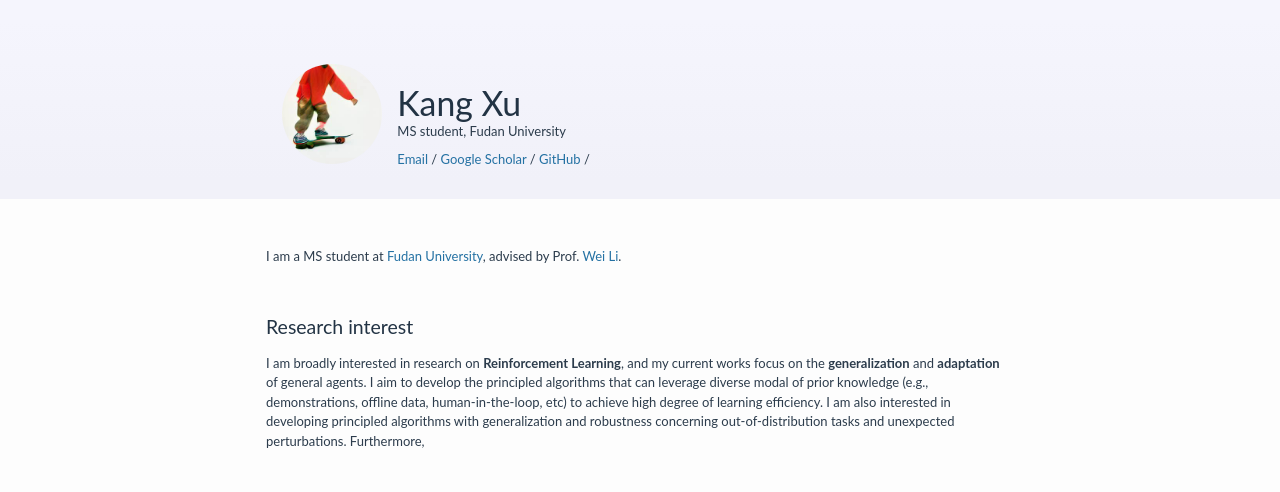
Repository: Kavka1/kang-xu.github.io
Page: index.html
These files come from the project's save history. The page is drawn as it stood at one moment and after the next save; the edit follows.
The browser window is 1280 px wide. The pictures show the whole page.

Above is the page before, as saved 2023-05-19 11:48:06.

### index.html
<!DOCTYPE html>
<head>
    <title>Kang Xu</title>
    <meta property="og:title" content="Kang Xu">
	<meta property="og:description" content="MS student, Fudan University">
    <meta property="og:image" content="https://kang-xu.github.io/files/lichter.jpeg">
	<meta property="og:url" content="https://kang-xu.github.io/">
	<meta name="twitter:card" content="summary_large_image">
    <link rel="apple-touch-icon" sizes="180x180" href="files/apple-touch-icon.png">
    <link rel="icon" type="image/png" sizes="32x32" href="files/favicon-32x32.png">
    <link rel="icon" type="image/png" sizes="16x16" href="files/favicon-16x16.png">
    <link rel="manifest" href="files/site.webmanifest">
    <link rel="stylesheet" href="style.css">
    <style>
        .post-title {font-size: 2em; margin-bottom: 16px;}
        .center-img {display: block; margin: auto;}
        .img-border {border: 1px solid #999;}
        div.codeblock {display: block; margin: auto; margin-top: 6px; margin-bottom: 6px; width: 100%; background-color: #f1f1f1; padding: 12px;}
        code {font-family: Consolas,"courier new"; color: rgb(41, 45, 62); background-color: #f1f1f1; padding: 2px; font-size: 105%;}
        code .comment {color: #719141;}
        code .gray {color: rgb(146, 147, 150);}
        .bullets li {margin-bottom: 12px;}
    </style>
</head>

<div class="header noselect">
    <div class="content row">
        <div class="header-profile-picture"></div>
        <div class="header-text">
            <div class="header-name">
                <h1>Kang Xu</h1>
            </div>
            <div class="header-subtitle">
                MS student, Fudan University
            </div>
            <div class="header-links">
                <a class="btn" href="#contact">Email</a> /
                <a class="btn" href="https://scholar.google.com/citations?user=7FTLsHUAAAAJ&hl=zh-CN">Google Scholar</a> /
                <a class="btn" href="https://github.com/Kavka1">GitHub</a> /
                <!-- <a class="btn" href="https://twitter.com/ncklashansen">Twitter</a> / -->
                <!-- <a class="btn" href="https://www.linkedin.com/in/ncklas">LinkedIn</a> / -->
                <!-- <a class="btn" href="files/cv.pdf">CV</a> -->
            </div>
        </div>
    </div>
</div>
<div class="content" style="padding-bottom: 64px;">
    <div>
        <p>
            I am a MS student at <a href="https://www.fudan.edu.cn/en/">Fudan University</a>, advised by Prof. <a href="https://scholar.google.co.uk/citations?user=AG3OXS0AAAAJ&hl=en">Wei Li</a>.
        </p>
    </div>
    <div>
        <h2 class="noselect">Research interest</h2>
        <p>
            I am broadly interested in research on <span class="bold">Reinforcement Learning</span>, and my current works focus on the <span class="bold">generalization</span> and <span class="bold">adaptation</span> of general agents. I aim to develop the principled algorithms that can leverage diverse modal of prior knowledge (e.g., demonstrations, offline data, human-in-the-loop, etc) to achieve high degree of learning efficiency. I am also interested in developing principled algorithms with generalization and robustness concerning out-of-distribution tasks and unexpected perturbations. Furthermore,
        </p>
    </div>
</div>

### style.css
html {-webkit-text-size-adjust: 100%; -moz-text-size-adjust: 100%; -ms-text-size-adjust: 100%;}
body {background-color: #fdfdfd; color: #2c3c4c; margin: 0; font-size: 13px;}
h1 {margin-bottom: 32px; font-size: 2.6em;}
h2 {margin-top: 48px;}
h1, h2 {color: #234;}
h3, h4, h5 {color: #345;}
h1, h2, h3, h4, h5, a, p, span, body, div {font-weight: normal; font-family: 'Lato', Verdana, Helvetica, sans-serif;}
.header {background: linear-gradient(to bottom, #f5f5fd 10%, #f1f1f9 90%); width: 100%; padding-top: 16px; padding-bottom: 32px;}
.header-profile-picture, .header-text {display: inline-block;}
.header-name h1 {margin: 0;}
.header-subtitle {margin-bottom: 12px;}
.header-profile-picture {width: 100px; height: 100px; margin-right: 12px; border-radius: 50%; background-image: url(files/lichter.jpeg); background-position: center; background-size: contain;}
.content {max-width: 748px; padding-left: 16px; padding-right: 16px; margin: auto; margin-top: 48px;}
.hr {width: 100%; height: 1px; margin: 48px 0; background-color: #d6dbdf;}
a {color: #2471a3; text-decoration: none;}
a:focus, a:hover {color: #f09228;}
p {line-height: 1.5em;}
.nobreak {white-space: nowrap;}
.noselect {-webkit-touch-callout: none; -webkit-user-select: none; -khtml-user-select: none; -moz-user-select: none; -ms-user-select: none; user-select: none;}
.bold {font-weight: bold;}
.italic {font-style: italic;}
.bulletpoints {line-height: 1.5em;}
.row {box-sizing: border-box;}
.row-media {display: block; float: left; width: 160px; height: 90px; background-position: center; background-size: contain; background-repeat: no-repeat;}
.row-text {display: block; float: left; margin-left: 12px; line-height: 1.5em; max-width: 566px;}
.row-text span {line-height: inherit;}
.clearfix {content: ""; clear: both; display: table;}
.publication {margin-bottom: 32px; padding-left: 8px;}
.publication.highlight {background-color: #fff8df; width: 100%; padding-top: 8px; padding-bottom: 8px; border-radius: 4px;}
.press {width: 100px; height: 80px; border: 1px solid #def; margin-right: 12px; background-size: cover;}
.img-contain {background-size: contain !important;}
.footer {background-color: #345; width: 100%}
.footer-content {color: #fff; font-size: 10px; padding: 6px 0; max-width: 748px; margin: auto;}
.footer-content a {color: #fff; text-decoration: underline;}
.footer-content a:hover {color: #f09228 !important;}
.stars {font-size: 10px; display: inline-block; margin-left: 6px; color: #666;}

@media only screen and (max-width: 1150px) {
    .header-profile-picture, .header-text {display: block; margin: auto; text-align: center;}
    .header-profile-picture {margin-bottom: 12px; width: 140px; height: 140px;}
    body {font-size: 18px;}
    a.btn {font-size: 14px; padding: 2px 6px;}
}

@media only screen and (max-width: 1000px) {
    .publication {margin-bottom: 46px;}
    .publication .row-media {width: 260px; height: 130px; margin: auto; margin-bottom: 12px; display: block;}
    .publication .row-text {display: block; width: 100%; margin-left: 0;}
    .press {display: block;}
}

After the next save:
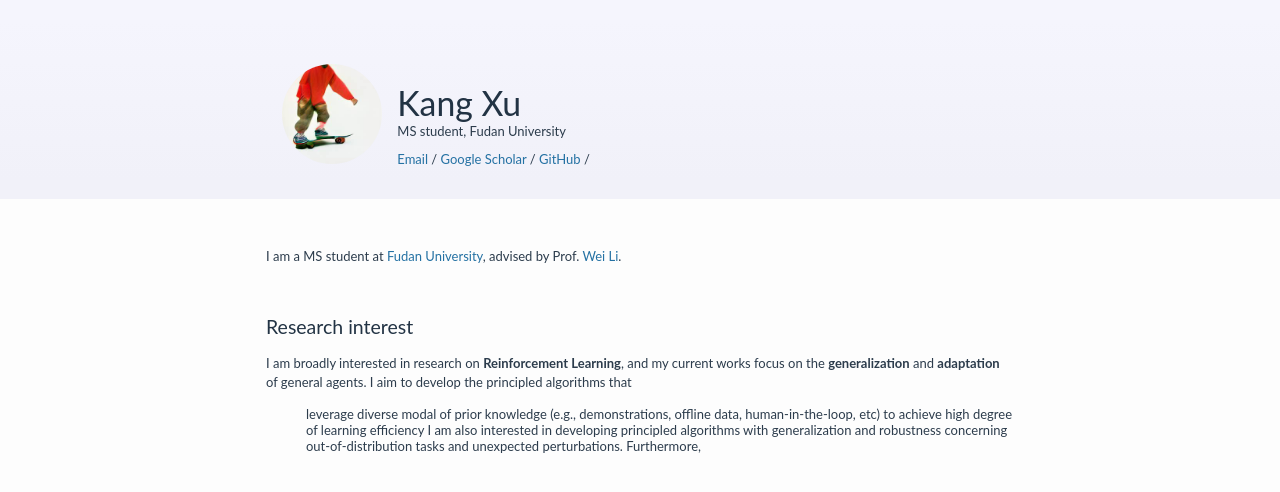
Saved 3 min 10 s later.
--- a/index.html
+++ b/index.html
@@ -53,7 +53,11 @@
     <div>
         <h2 class="noselect">Research interest</h2>
         <p>
-            I am broadly interested in research on <span class="bold">Reinforcement Learning</span>, and my current works focus on the <span class="bold">generalization</span> and <span class="bold">adaptation</span> of general agents. I aim to develop the principled algorithms that can leverage diverse modal of prior knowledge (e.g., demonstrations, offline data, human-in-the-loop, etc) to achieve high degree of learning efficiency. I am also interested in developing principled algorithms with generalization and robustness concerning out-of-distribution tasks and unexpected perturbations. Furthermore,
+            I am broadly interested in research on <span class="bold">Reinforcement Learning</span>, and my current works focus on the <span class="bold">generalization</span> and <span class="bold">adaptation</span> of general agents. I aim to develop the principled algorithms that
+            <ul>
+                leverage diverse modal of prior knowledge (e.g., demonstrations, offline data, human-in-the-loop, etc) to achieve high degree of learning efficiency
+                I am also interested in developing principled algorithms with generalization and robustness concerning out-of-distribution tasks and unexpected perturbations. Furthermore,
+            </ul>
         </p>
     </div>
 </div>
